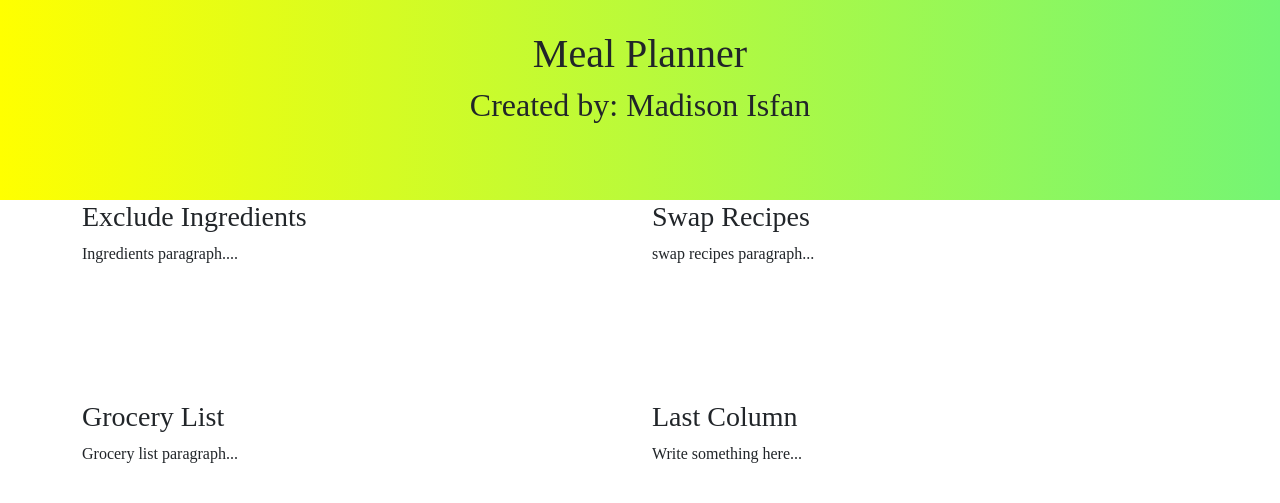
Repository: madisonisfan/Meal-Planner
Page: index.html
The author's editor kept a copy of each file at every save. The page is drawn from the files as they stood at one save, then again after the next save.
The browser window is 1280 px wide. The pictures show the whole page.
Some web fonts or font styles are not loaded; a fallback is used. Some web libraries are served in a nearby version.

Above is the page before, as saved 2021-02-17 16:35:29.

### index.html
<!DOCTYPE html>
<head>

    <meta charset="utf-8"/>
    <meta name="viewport" content="width=device-width, initial-scale=1"/>

    <link rel="stylesheet" href="node_modules/bootstrap/dist/css/bootstrap.min.css" />

    <link rel="stylesheet" href="https://fonts.googleapis.com/css?family=Indie+Flower/Patrick+Hand" />
    <link rel="stylesheet" href="css/styles.css"/>
    <title> Meal Planner </title>
</head>

<body>

    <header class="jumbotron">
        <div class="container">
            <div class="row row-content ">
                <div class="col text-center">
                    <h1>Meal Planner</h1>
                    <h2>Created by: Madison Isfan</h2>
                </div>
            </div>
        </div>

    </header>

    <div class="container  ">
        <div class="row row-content">
            <div class="col-6">
                <h3>Exclude Ingredients</h3>
                <p>Ingredients paragraph....</p>
            </div>
            <div class="col-6">
                <h3>Swap Recipes</h3>
                <p>swap recipes paragraph...</p>
            </div>
        </div>

        <div class="row row-content">
            <div class="col">
                <h3>Grocery List</h3>
                <p>Grocery list paragraph...</p>
            </div>
            <div class="col">
                <h3>Last Column</h3>
                <p>Write something here...</p>
            </div>
        </div>


    </div> <!--End of container-->


    <script src="node_modules/jquery/dist/jquery.slim.min.js"></script>
    <script src="node_modules/popper.js/dist/umd/popper.min.js"></script>
    <script src="node_modules/bootstrap/dist/js/bootstrap.min.js"></script>
</body>


</html>

### css/styles.css
header {
  height: 200px;
}
body {
  font-family: "Indie Flower";
}

.row-content {
  min-height: 200px;
}

.jumbotron {
  padding: 30px;
  background-image: linear-gradient(to right, yellow, rgb(116, 245, 116));
}

After the next save:
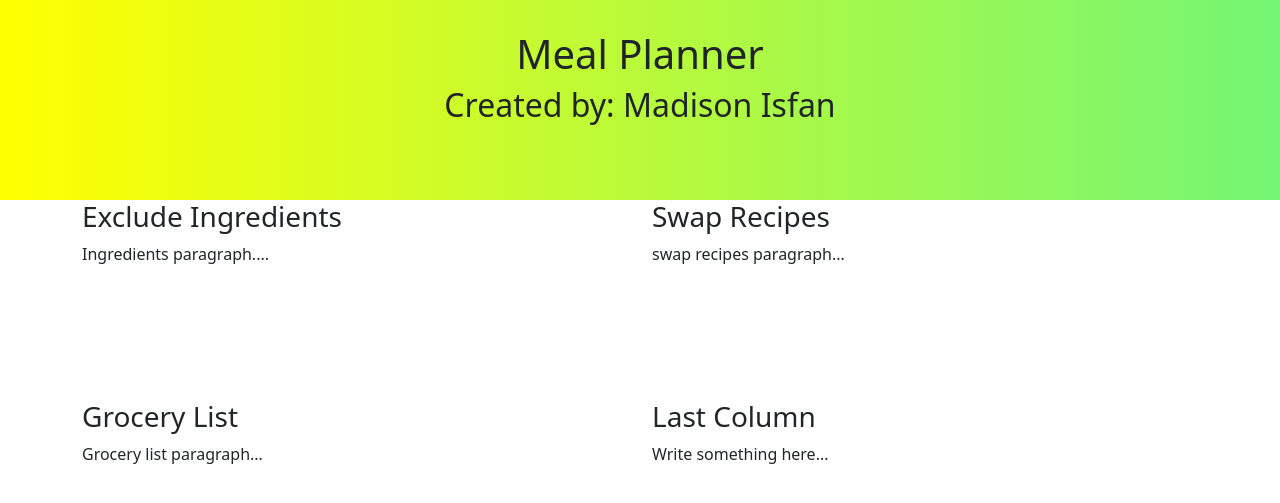
Saved 13 s later.
--- a/css/styles.css
+++ b/css/styles.css
@@ -2,7 +2,7 @@
   height: 200px;
 }
 body {
-  font-family: "Indie Flower";
+  font-family: "Patrick Hand "";
 }
 
 .row-content {

After the save that followed:
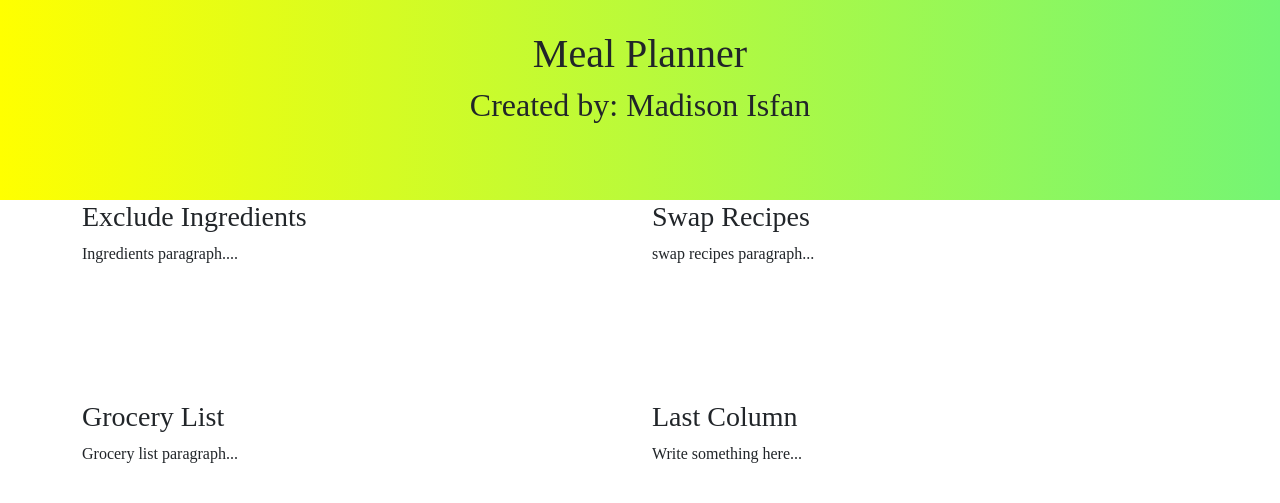
Saved 22 s later.
--- a/css/styles.css
+++ b/css/styles.css
@@ -2,7 +2,7 @@
   height: 200px;
 }
 body {
-  font-family: "Patrick Hand "";
+  font-family: "Patrick Hand ";
 }
 
 .row-content {
